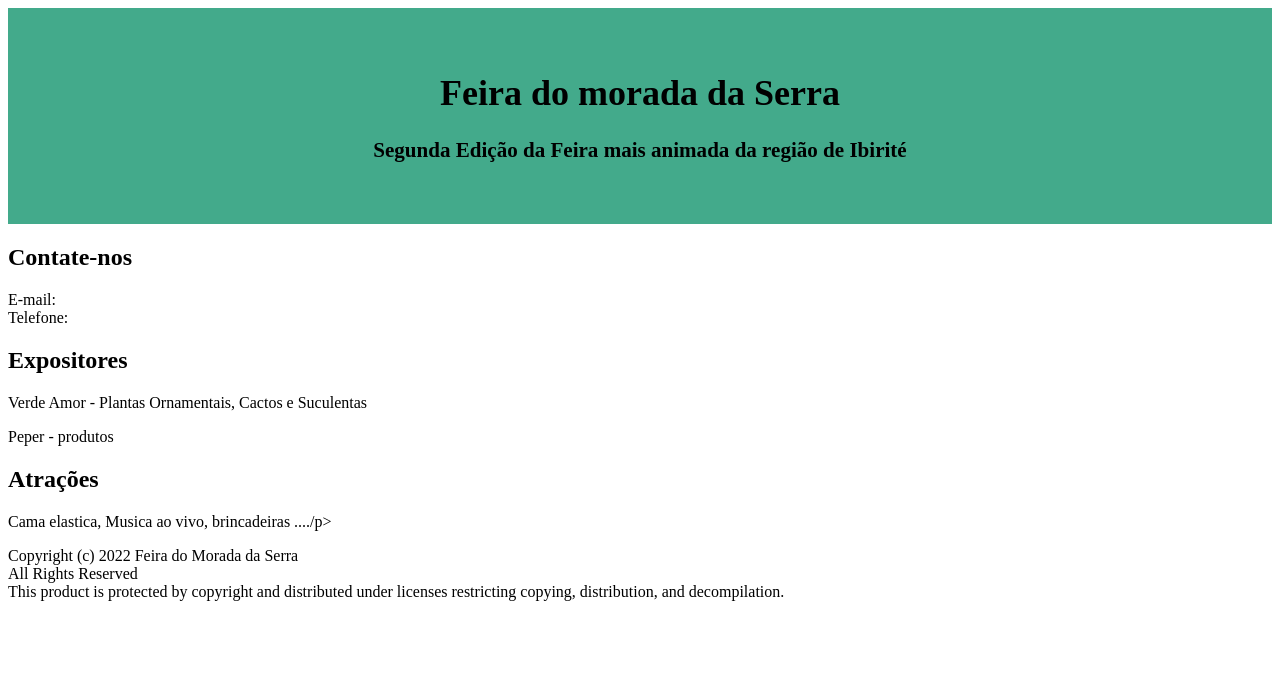
Repository: valerianogueirasilva/feiraibirite
Page: SoacialProject/Index.html
These files come from the project's save history. The page is drawn as it stood at one moment and after the next save; the edit follows.
The browser window is 1280 px wide. The pictures show the whole page.

Above is the page before, as saved 2022-07-11 14:52:27.

After the next save:
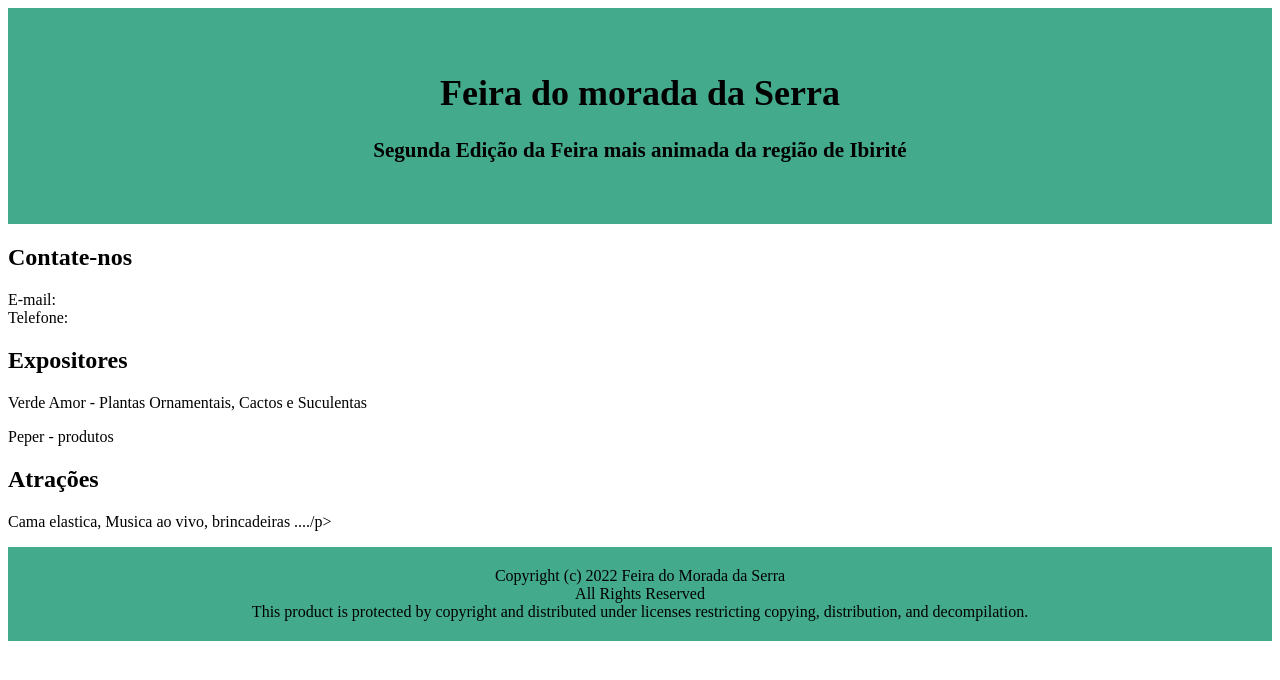
Saved 27 s later.
--- a/SoacialProject/Index.html
+++ b/SoacialProject/Index.html
@@ -28,7 +28,7 @@
     <h2>Atrações</h2>
     <p>Cama elastica, Musica ao vivo, brincadeiras ..../p>
   </div>
-</div
+</div>
 
 
 <footer ide="FooterId" class="FooterClass" >Copyright (c) 2022 Feira do Morada da Serra <br> All Rights Reserved <br>
